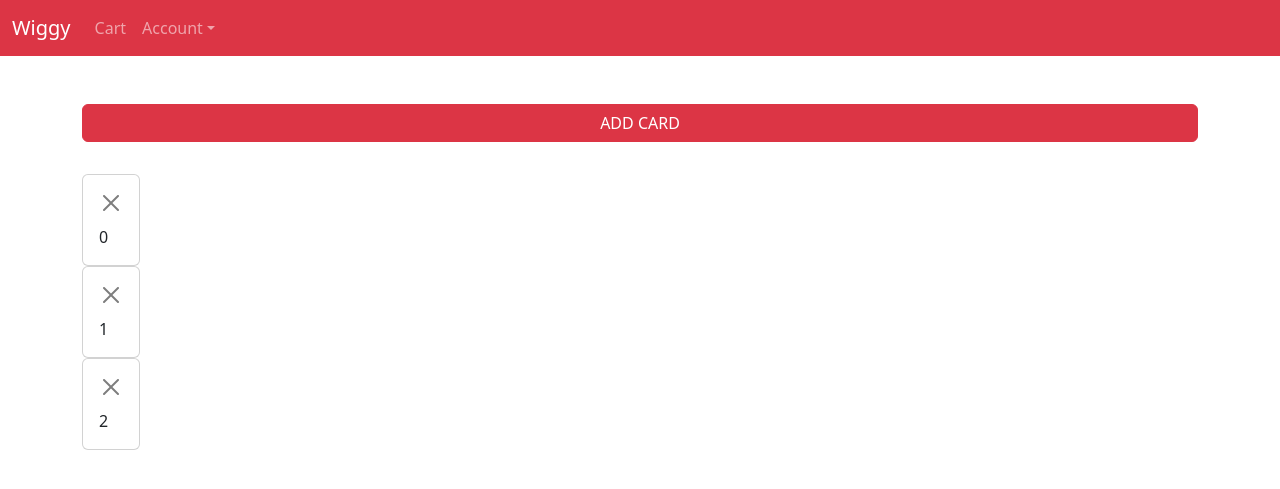
Repository: MohammadGulshan/wiggy
Page: / (app in client/)
An editor plug-in stored every save of this project. The page is shown before and after a run of saves, followed by the edit.
The browser window is 1280 px wide. The pictures show the whole page.
The project was rebuilt for these pictures with package versions that can differ from the ones it lists, and the page was loaded fresh each time. Also part of the build but not shown: client/src/App.css.

Above is the page before, as saved 2020-12-11 04:05:37.

### client/src/index.js
import React from 'react';
import ReactDOM from 'react-dom';
import App from './App';
import reportWebVitals from './reportWebVitals';

ReactDOM.render(
  <React.StrictMode>
    <App />
  </React.StrictMode>,
  document.getElementById('root')
);

// If you want to start measuring performance in your app, pass a function
// to log results (for example: reportWebVitals(console.log))
// or send to an analytics endpoint. Learn more: https://bit.ly/CRA-vitals
reportWebVitals();

### client/src/App.js
import 'bootstrap/dist/css/bootstrap.min.css';
import './App.css';

import AppNavbar from './components/AppNavbar';
import AppCards from './components/AppCards';

function App() {
  return (
    <div className="App">
      <AppNavbar />
      <AppCards />
    </div>
  );
}

export default App;

### client/src/components/AppNavbar.js
import React from "react";
import {
  Collapse,
  Navbar,
  NavbarToggler,
  NavbarBrand,
  Nav,
  NavItem,
  NavLink,
  UncontrolledDropdown,
  DropdownToggle,
  DropdownMenu,
  DropdownItem,
  NavbarText,
} from "reactstrap";

const AppNavbar = (props) => {
  let isOpen = false;
  const toggle = () => isOpen = !isOpen;
  return (
    <div>
      <Navbar color="danger" dark expand="md" className="mb-5">
        <NavbarBrand href="/">Wiggy</NavbarBrand>
        <NavbarToggler onClick={toggle} />
        <Collapse isOpen={isOpen} navbar>
          <Nav className="ml-auto" navbar>
            <NavItem>
              <NavLink href="/cart">Cart</NavLink>
            </NavItem>
            <UncontrolledDropdown nav inNavbar>
              <DropdownToggle nav caret>
                Account
              </DropdownToggle>
              <DropdownMenu right>
                <DropdownItem>
                  Profile
                </DropdownItem>
                <DropdownItem>
                  Orders
                </DropdownItem>
                <DropdownItem divider />
                <DropdownItem>
                  Logout
                </DropdownItem>
              </DropdownMenu>
            </UncontrolledDropdown>
          </Nav>
        </Collapse>
      </Navbar>
    </div>
  );
};

export default AppNavbar;

### client/src/components/AppCards.js
import React, {useState} from 'react';
import { Container, Button, Card, CardBody, CardText, CardGroup, CardTitle } from 'reactstrap';
import { CSSTransition, TransitionGroup } from 'react-transition-group';
import {v1 as uuid} from 'uuid';
import App from '../App';

const AppCards = () => {
    const [state, setState] = useState({
        cards: [
            {id: uuid(), name: 'McDonalds'},
            {id: uuid(), name: 'KFC'},
            {id: uuid(), name: 'Domino\'s'},
            {id: uuid(), name: 'Pizza Hut'}
        ]
    });
    const x = [1,2,4]

    return (
        <div>
            <Container>
                <Button color="danger"
                    className="col-12"
                    style={{marginBottom: '2rem'}}
                    onClick={() => {
                        const name = prompt('Enter Restaurant Name');
                        if (name) {
                            setState(state => ({
                                cards: [...state.cards, {id: uuid(), name: name}]
                            }))
                        }
                    }}
                >
                    ADD CARD
                </Button>
                <CardGroup>
                    <TransitionGroup className="cards">
                        {x.map((key, value) => {
                            return (
                                // <CSSTransition key={key}
                                //     timeout={500}
                                //     classNames="fade"
                                // >
                                    <Card>
                                        <CardBody>
                                            <CardTitle>
                                                <Button close />
                                            </CardTitle>
                                            <CardText>
                                                {value}
                                            </CardText>
                                        </CardBody>
                                    </Card>
                                // </CSSTransition>
                            )
                        })}
                    </TransitionGroup>
                </CardGroup>
            </Container>
        </div>
    );
}

export default AppCards;

Loaded but not shown: client/public/index.html (common file); client/src/reportWebVitals.js (common file)

After the next 2 saves:
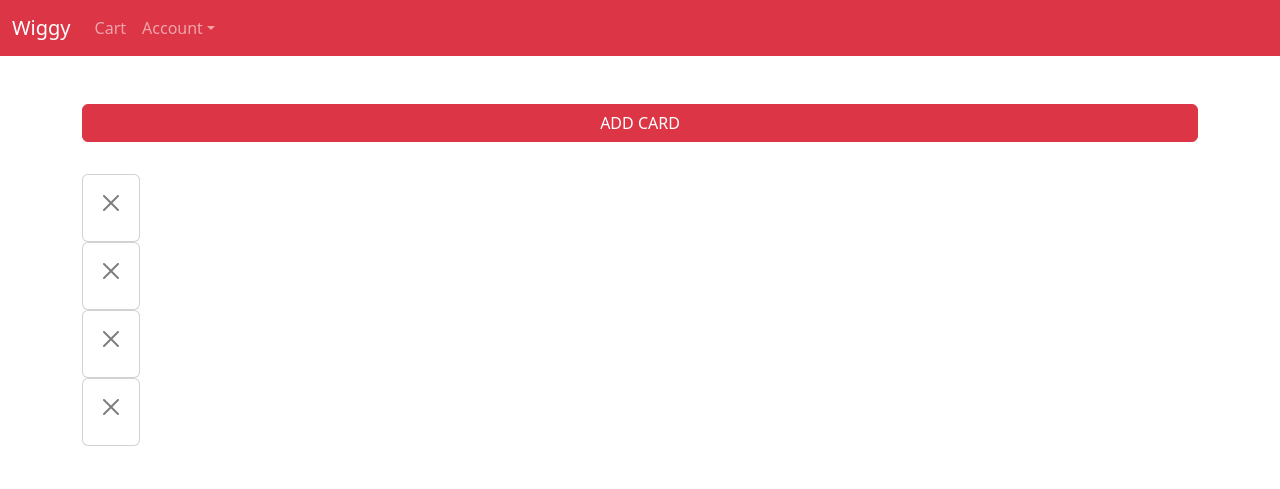
The 2 saves are shown as one change because 1 did not build or start.
The last was saved 31 s later.
--- a/client/src/components/AppCards.js
+++ b/client/src/components/AppCards.js
@@ -34,7 +34,7 @@
                 </Button>
                 <CardGroup>
                     <TransitionGroup className="cards">
-                        {x.map((key, value) => {
+                        {state.cards.map((key, value) => {
                             return (
                                 // <CSSTransition key={key}
                                 //     timeout={500}
@@ -46,7 +46,7 @@
                                                 <Button close />
                                             </CardTitle>
                                             <CardText>
-                                                {value}
+                                                {value.name}
                                             </CardText>
                                         </CardBody>
                                     </Card>
